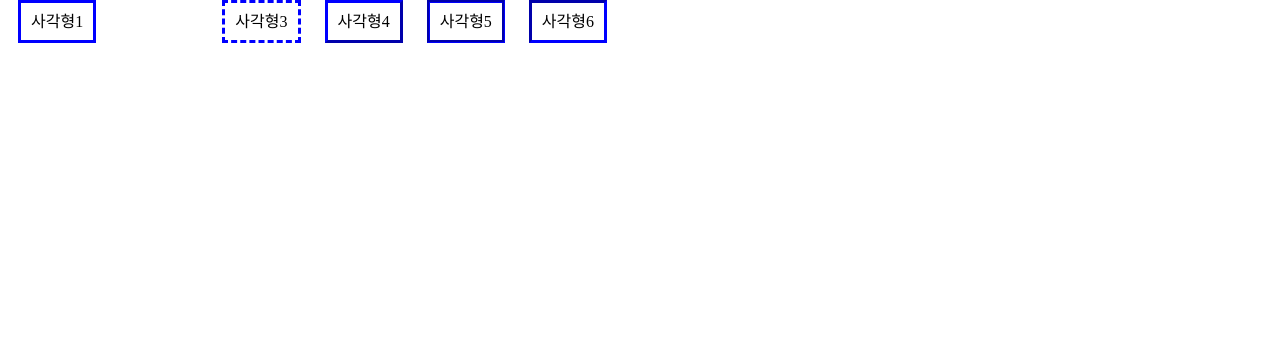
Repository: dhfkdlxm/Lecture-Web
Page: Lecture-Web/WebContent/css/exam04.html
The author's editor kept a copy of each file at every save. The page is drawn from the files as they stood at one save, then again after the next save.
The browser window is 1280 px wide. The pictures show the whole page.

Above is the page before, as saved 2021-06-10 06:15:13.

### Lecture-Web/WebContent/css/exam04.html
<!DOCTYPE html>
<html>
<head>
<meta charset="UTF-8">
<title>Insert title here</title>
<style type="text/css">
div {
	width: 100px;
	margin: 10px;
	padding: 10px;
	border-color: blue;
	border-width: 3px;
	display: inline;
}

#div01 {
	border-style: solid
}

#div02 {
	border-style: dotted;
	visibility: hidden;
}

#div03 {
	border-style: dashed;

}

#div04 {
	border-style: outset;
}

#div05 {
	border-style: groove;
}

#div06 {
	border-style: inset;
}
</style>
</head>
<body>
	<div id="div01">사각형1</div>
	<div id="div02">사각형2</div>
	<div id="div03">사각형3</div>
	<div id="div04">사각형4</div>
	<div id="div05">사각형5</div>
	<div id="div06">사각형6</div>


</body>
</html>

After the next save:
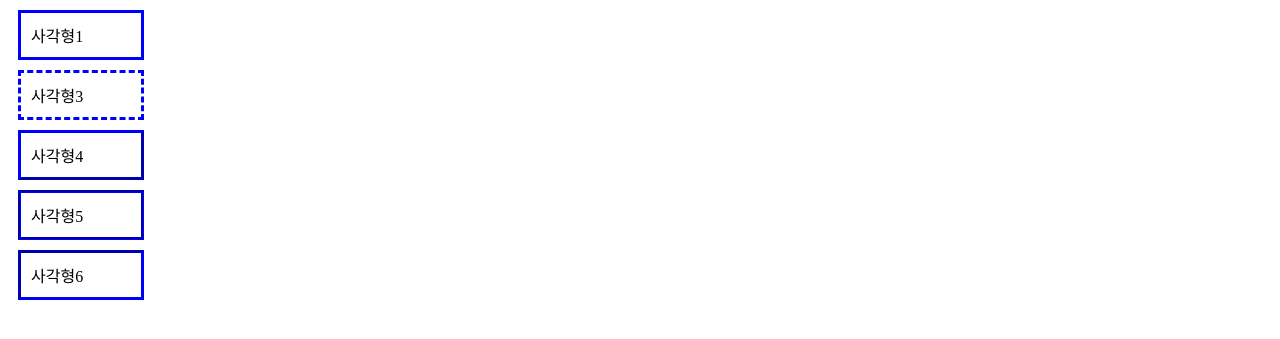
Saved 39 s later.
--- a/Lecture-Web/WebContent/css/exam04.html
+++ b/Lecture-Web/WebContent/css/exam04.html
@@ -10,7 +10,7 @@ div {
 	padding: 10px;
 	border-color: blue;
 	border-width: 3px;
-	display: inline;
+
 }
 
 #div01 {
@@ -19,7 +19,7 @@ div {
 
 #div02 {
 	border-style: dotted;
-	visibility: hidden;
+		display: none;
 }
 
 #div03 {
